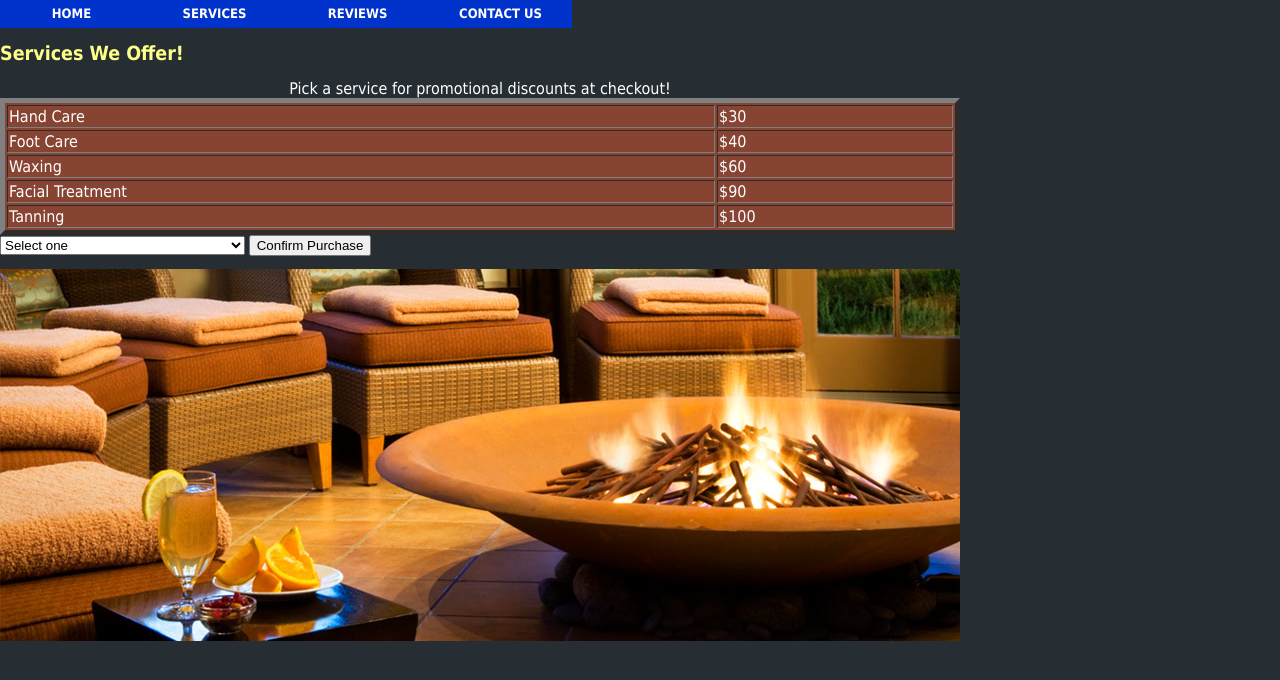
Repository: MilapNaik/SpaEnvy
Page: submit.html
The author's editor kept a record of every edit. The page is drawn from the files as they stood at one moment, then again after the next edit.
The browser window is 1280 px wide. The pictures show the whole page.

Above is the page before.

After the next edit:
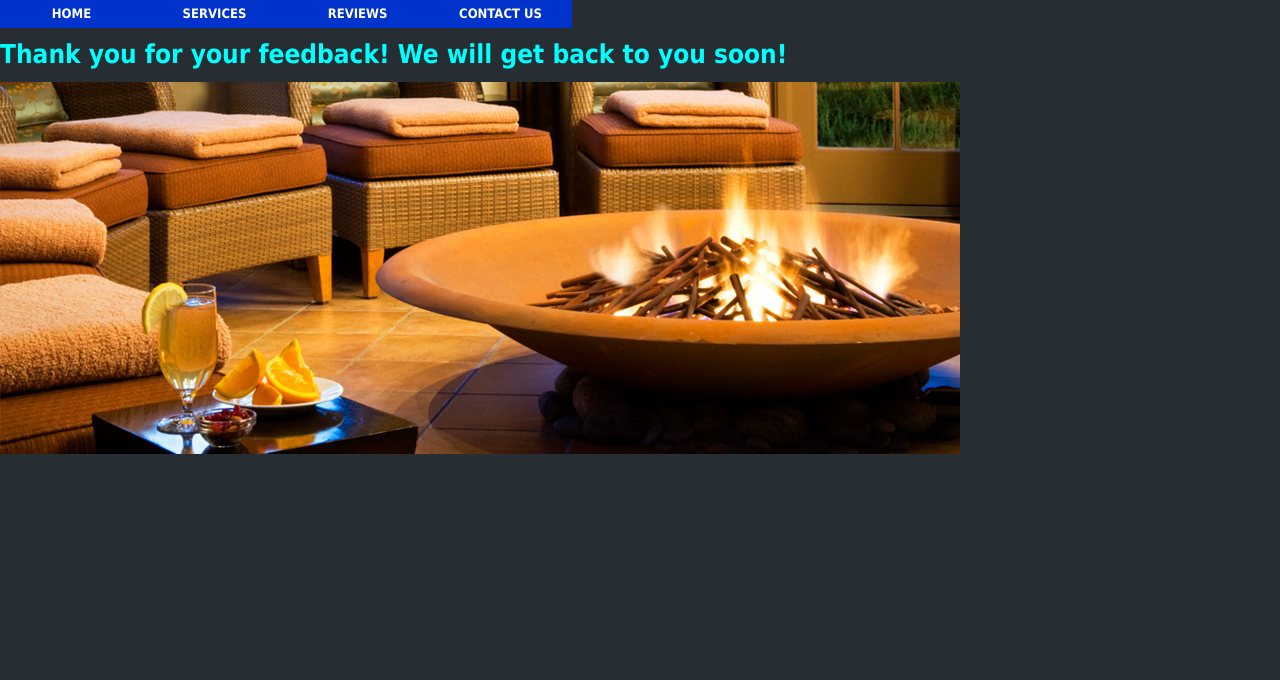
The edit:
--- a/submit.html
+++ b/submit.html
@@ -15,49 +15,8 @@
               <li><a href="contactUs.html">Contact Us</a></li>
               </ul>
           </div>
-    <h2>Services We Offer!</h2>
-    <table id="t02" border="5" width= "960" bgcolor = "#884433">
+    <h1>Thank you for your feedback! We will get back to you soon!</h1>
 
-      </style>
-  <tr>
-    <td>Hand Care</td>
-    <td><p id = "hand">$30</p></td>
-  </tr>
-  <tr>
-    <td>Foot Care</td>
-    <td><p id = "foot">$40</p></td>
-  </tr>
-  <tr>
-    <td>Waxing</td>
-    <td><p id = "waxing">$60</p></td>
-  </tr>
-  <tr>
-    <td>Facial Treatment</td>
-    <td><p id = "facial">$90</p></td>
-  </tr>
-  <tr>
-    <td>Tanning</td>
-    <td><p id = "tanning">$100</p></td>
-  </tr>
-  <caption>Pick a service for promotional discounts at checkout!</caption>
-</table>
-
-
-   <div id = "menu">
-    <u1>
-    <form action="">
-<select id= "s01" name="services"  width = "960" onChange="discount()">
-<option value="0">Select one</option>
-<option value="hand">Hand Care, enjoy 15% discount</option>
-<option value="foot">Foot Care, enjoy 20% discount</option>
-<option value="waxing">Waxing, enjoy 20% discount</option>
-<option value="facial">Facial Treatment, enjoy 10% discount</option>
-<option value="tanning">Tanning, enjoy 5% discount</option>
-</select>
-<button type="button">Confirm Purchase</button>
-</form>
-  </div>
-    </u1>
     <img src="pic/spa.jpg">
     </body>
 
